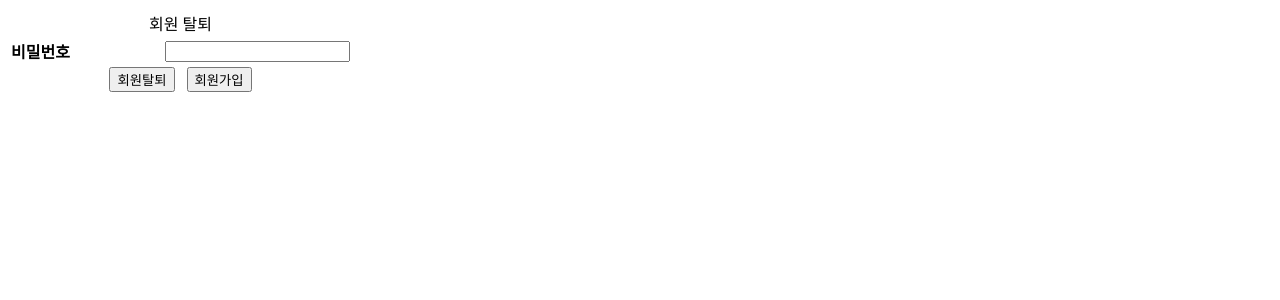
Repository: skeaze7496-max/HomePage
Page: http://localhost/ServletProject/memberone/deleteForm.jsp
These files come from the project's save history. The page is drawn as it stood at one moment and after the next save; the edit follows.
The browser window is 1280 px wide. The pictures show the whole page.
The page is served by Tomcat 9. Nobody is signed in. The application's start-up code is not run. Other server files are loaded and not shown.

Above is the page before, as saved 2026-06-05 02:52:11.

### ServletProject/src/main/webapp/memberone/deleteForm.jsp
<%@ page language="java" contentType="text/html; charset=UTF-8"
    pageEncoding="UTF-8"%>
<!DOCTYPE html>
<html>
<head>
<meta charset="UTF-8">
<title>회원탈퇴</title>
</head>
<body>
<form action="deleteProc.jsp" method="post" name="myForm">
	<table>
		<tr>
			<td colspan="2" align="center">회원 탈퇴</td>
		</tr>
		<tr>
			<td width="150"><b>비밀번호</b></td>
			<td width="110">
				<input type="password" name="pass" size="20">
			</td>
		</tr>
		<tr>
			<td colspan="2" align="center">
			<input type="submit" value="회원탈퇴">&nbsp;&nbsp;
			<input type="button" value="회원가입" onclick="javascript:window.location='regForm.jsp'">
			</td>
		</tr>
	</table>



</form>
</body>
</html>

After the next save:
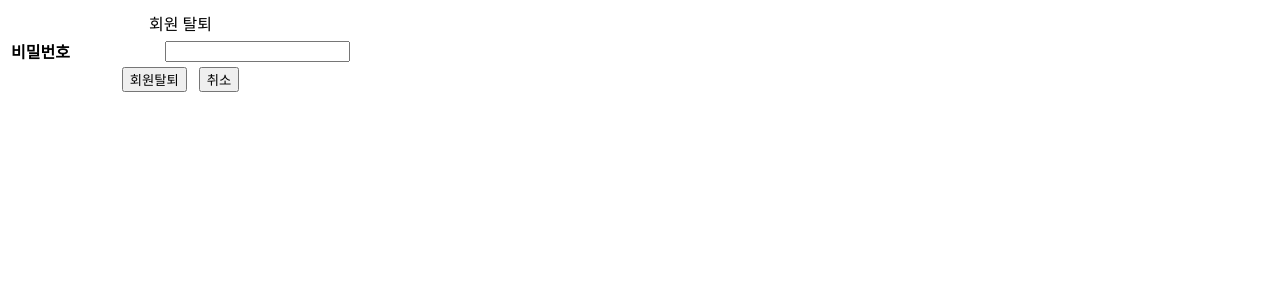
Saved 4 s later.
--- a/ServletProject/src/main/webapp/memberone/deleteForm.jsp
+++ b/ServletProject/src/main/webapp/memberone/deleteForm.jsp
@@ -21,7 +21,7 @@
 		<tr>
 			<td colspan="2" align="center">
 			<input type="submit" value="회원탈퇴">&nbsp;&nbsp;
-			<input type="button" value="회원가입" onclick="javascript:window.location='regForm.jsp'">
+			<input type="button" value="취소" onclick="javascript:window.location='regForm.jsp'">
 			</td>
 		</tr>
 	</table>
